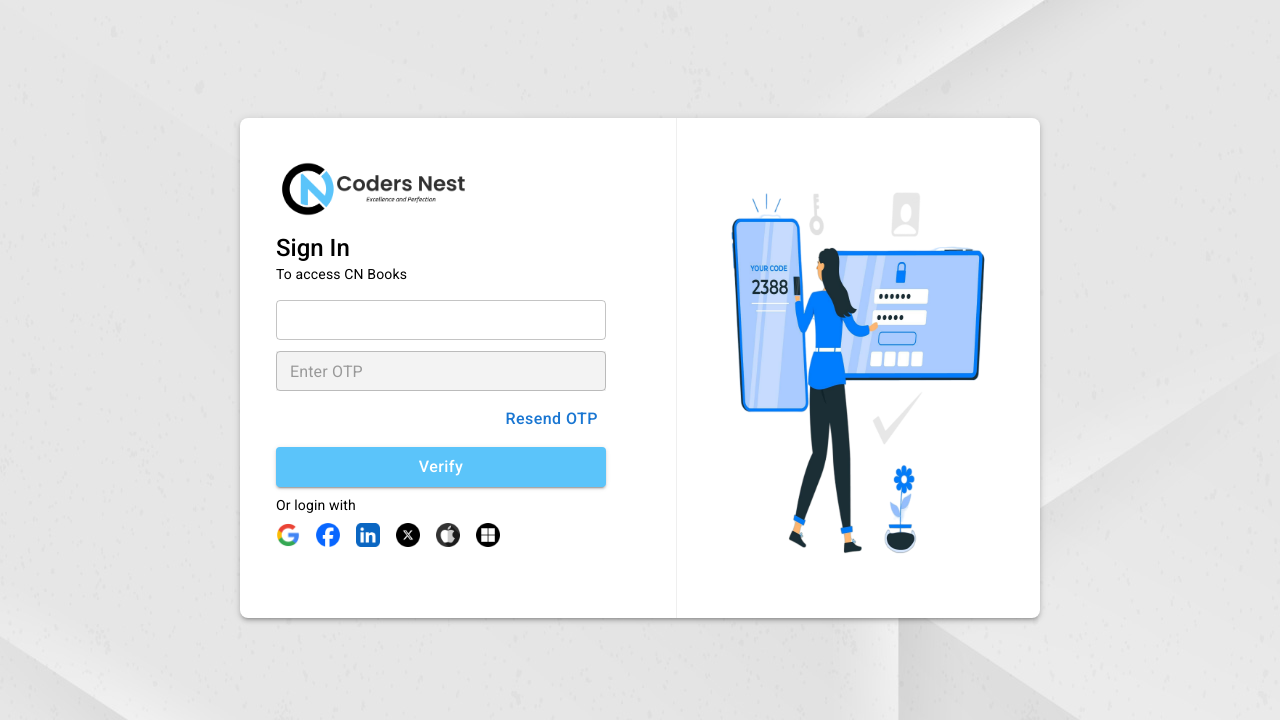
Repository: wajahadalishaik04/CN_Books
Page: /otpscreen
These files come from the project's save history. The page is drawn as it stood at one moment and after the next save; the edit follows.
The browser window is 1280 px wide. The pictures show the whole page.
The project was rebuilt for these pictures with package versions that can differ from the ones it lists, and the page was loaded fresh each time. Also part of the build but not shown: vite.config.js, src/pages/LoginScreen.jsx, src/pages/Signin.jsx, src/pages/SignUp.jsx, src/pages/VerifyScreen.jsx, src/components/Header.jsx, src/components/SideBar.jsx, src/components/Content.jsx and 7 more.

Above is the page before, as saved 2024-09-30 18:14:50.

After the next save:
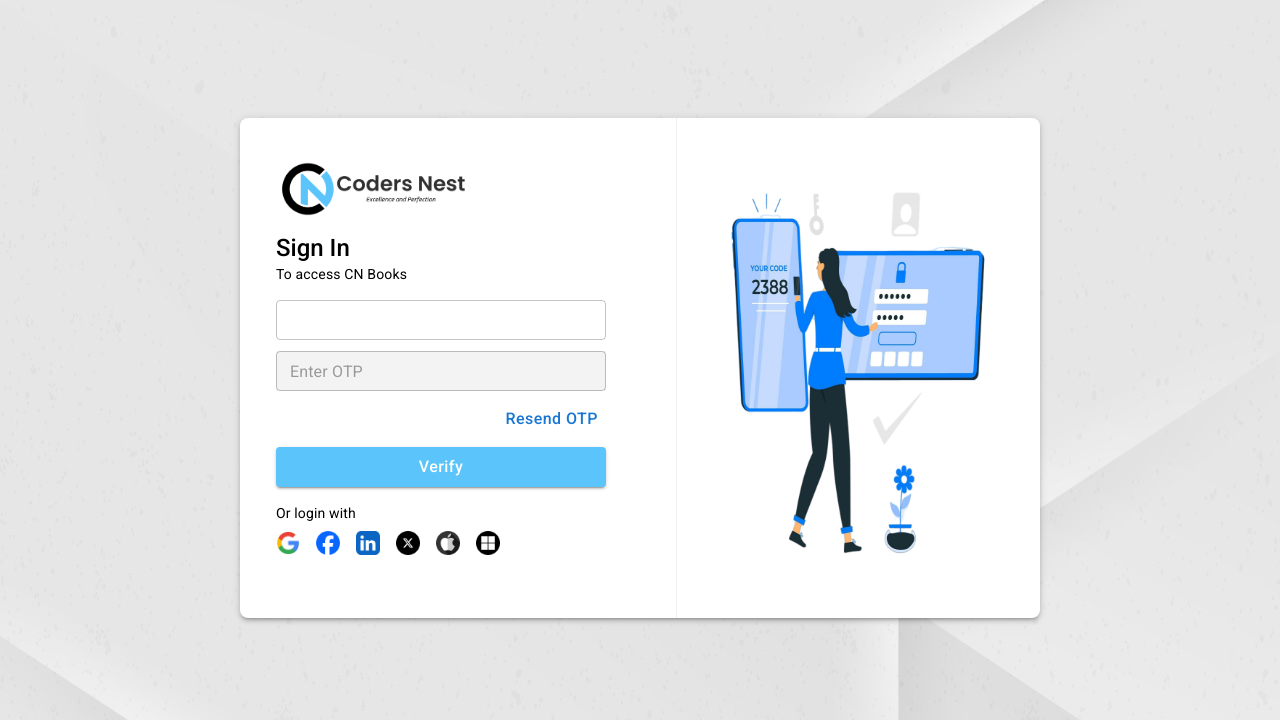
Saved 91 s later.
--- a/src/pages/OtpScreen.jsx
+++ b/src/pages/OtpScreen.jsx
@@ -186,7 +186,7 @@ const OtpScreen = () => {
             >
               Verify
             </Button>
-            <Typography variant="body2" color="#000000" mt={1}>
+            <Typography variant="body2" color="#000000" mt={2}>
               Or login with
             </Typography>
             {/* Social Icons */}
